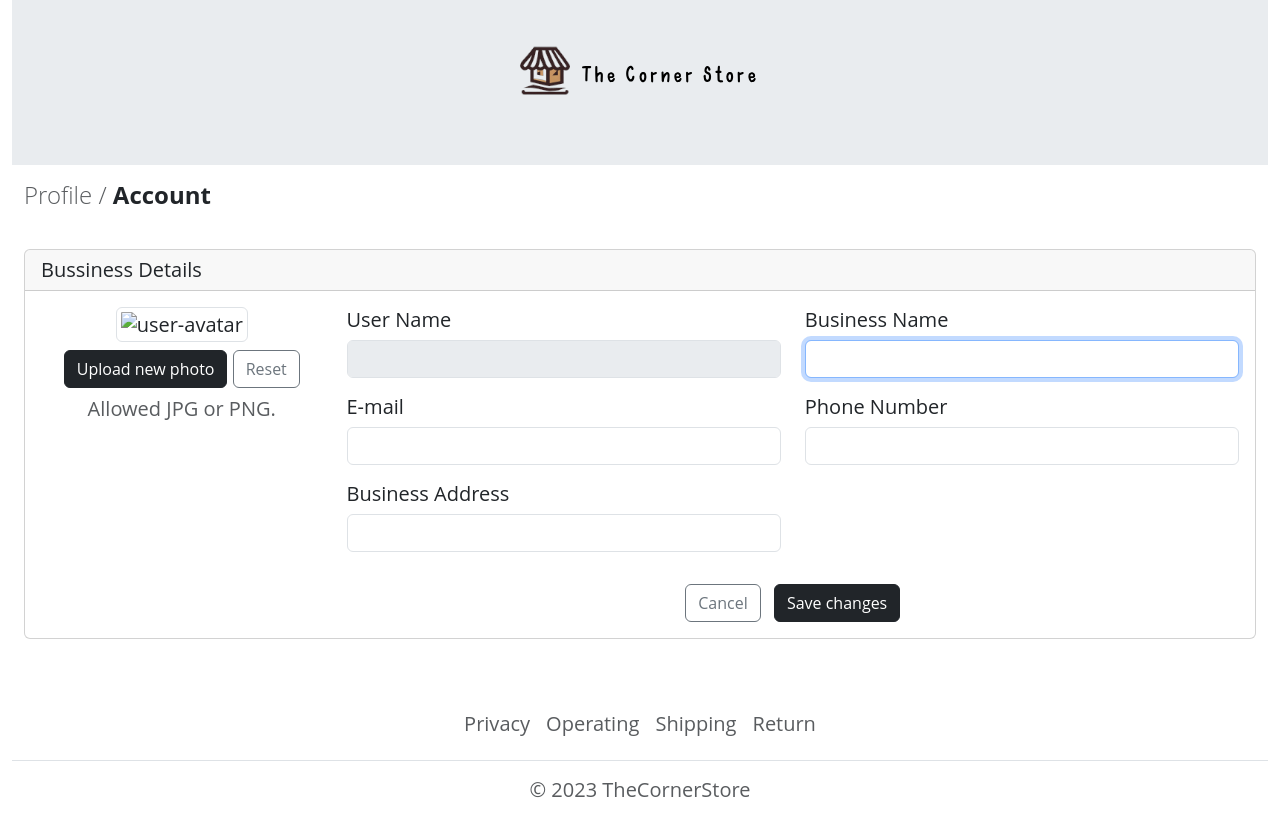
Repository: mintdunno/ass2-fullStack
Page: views/vendor-profile.ejs
The author's editor kept a copy of each file at every save. The page is drawn from the files as they stood at one save, then again after the next save.
The browser window is 1280 px wide. The pictures show the whole page.
The page is served by the project's Node server (index.js). Other server files are loaded and not shown. The template is opened directly, without the code that normally fills it, so the values that code supplies are empty.

Above is the page before, as saved 2023-09-24 10:34:37.

### views/vendor-profile.ejs
<!DOCTYPE html>
<html lang="en">

<head>
    <meta charset="UTF-8">
    <meta name="viewport" content="width=device-width, initial-scale=1.0">
    <title>Vender Page</title>
    <!-- Boostrap -->
    <link href="https://cdn.jsdelivr.net/npm/bootstrap@5.3.1/dist/css/bootstrap.min.css" rel="stylesheet"
        integrity="sha384-4bw+/aepP/YC94hEpVNVgiZdgIC5+VKNBQNGCHeKRQN+PtmoHDEXuppvnDJzQIu9" crossorigin="anonymous">
    <script defer src="https://cdn.jsdelivr.net/npm/bootstrap@5.3.1/dist/js/bootstrap.bundle.min.js"
        integrity="sha384-HwwvtgBNo3bZJJLYd8oVXjrBZt8cqVSpeBNS5n7C8IVInixGAoxmnlMuBnhbgrkm"
        crossorigin="anonymous"></script>
    <link rel="stylesheet" href="/css/vendor.css" />
</head>

<body>
    <!-- Header Section Is Here just for vender -->
    <div class="container-fluid">
        <header class="pb-4 bg-body-secondary">
            <div class="container-fluid d-flex flex-wrap justify-content-evenly gap-5">
                <div class="">
                    <!-- Logo is hear -->
                    <!-- Link back to vender page -->
                    <a href="/vendor/homepage/<%= vendor?.id %>"
                        class="d-flex align-items-center col-lg-4 mb-2 mb-lg-0 link-body-emphasis text-decoration-none">
                        <img loading="lazy" width="250px" src="/img/logo.svg" alt="Logo" />
                    </a>
                </div>
        </header>


        <div class="container-xxl flex-grow-1 container-p-y">
            <h4 class="fw-bold py-3 mb-4">
                <span class="text-muted fw-light">Profile /</span> Account
            </h4>
            <div class="row">
                <div class="col-md-12">
                    <div class="card mb-4">
                        <h5 class="card-header">Bussiness Details</h5>
                        <!-- Account -->
                        <div class="card-body">
                            <div class="row">
                                <!-- User avatar is here -->
                                <div class="col-md-3 text-center">
                                    <form id="formAccountSettings" method="POST"
                                        action="/vendor/profile/<%= vendor?.id %>" enctype="multipart/form-data"
                                        onsubmit="alert('Vendor Information Changed');">
                                        <img src="data:[embedded picture, 113 characters]"
                                            alt="user-avatar" class="img-thumbnail" id="uploadedAvatar">
                                        <label for="upload" class="btn btn-dark mt-2">
                                            <span class="d-none d-sm-block">Upload new photo</span>
                                            <i class="bx bx-upload d-block d-sm-none"></i>
                                            <input type="file" id="upload" class="account-file-input"
                                                name="profilePicture" hidden accept="image/png, image/jpeg">
                                        </label>
                                        <button type="button"
                                            class="btn btn-outline-secondary mt-2 account-image-reset">
                                            <i class="bx bx-reset d-block d-sm-none"></i>
                                            <span class="d-none d-sm-block">Reset</span>
                                        </button>
                                        <p class="text-muted mt-2">Allowed JPG or PNG.</p>
                                </div>
                                <div class="col-md-9">

                                    <div class=" row">
                                        <!-- Username -->
                                        <div class="mb-3 col-md-6">
                                            <label for="username" class="form-label">User Name</label>
                                            <input type="text" class="form-control" id="username" name="username"
                                                value="<%= vendor?.username %>" disabled>
                                        </div>
                                        <!-- Bussiness name -->
                                        <div class="mb-3 col-md-6">
                                            <label for="bName" class="form-label">Business Name</label>
                                            <input class="form-control" type="text" id="bName" name="bName"
                                                value="<%= vendor?.bName %>" autofocus="">
                                        </div>
                                        <!-- Vendor email -->
                                        <div class="mb-3 col-md-6">
                                            <label for="email" class="form-label">E-mail</label>
                                            <input class="form-control" type="email" id="email" name="email"
                                                value="<%= vendor?.email %>">
                                        </div>
                                        <!-- Vendor's phone -->
                                        <div class="mb-3 col-md-6">
                                            <label class="form-label" for="phoneNumber">Phone Number</label>
                                            <div class="input-group input-group-merge">
                                                <input type="number" id="phone" name="phone" class="form-control"
                                                    value="<%= vendor?.phone %>">
                                            </div>
                                        </div>
                                        <div class="mb-3 col-md-6">
                                            <label for="address" class="form-label">Business Address</label>
                                            <input type="text" class="form-control" id="address" name="address"
                                                value="<%= vendor?.address %>">
                                        </div>
                                    </div>
                                    <div class="text-center mt-3">
                                        <button type="reset" class="btn btn-outline-secondary me-2">Cancel</button>
                                        <button type="submit" class="btn btn-dark">Save changes</button>
                                    </div>
                                    </form>
                                </div>
                            </div>
                        </div>
                    </div>
                    <!-- /Account -->
                </div>
            </div>
        </div>
        <!-- Footer Section is hear -->
        <%- include('./partials/vendor-footer') %>
            <script>
                document.addEventListener("DOMContentLoaded", function () {
                    const uploadInput = document.getElementById("upload");
                    const uploadedAvatar = document.getElementById("uploadedAvatar");
                    const imageResetButton = document.querySelector(".account-image-reset");

                    // Add an event listener to the file input
                    uploadInput.addEventListener("change", function (e) {
                        const file = e.target.files[0];

                        if (file) {
                            // Create a FileReader to read the selected file
                            const reader = new FileReader();

                            reader.onload = function (e) {
                                // Update the image source with the selected file
                                uploadedAvatar.src = e.target.result;
                            };

                            // Read the file as a data URL
                            reader.readAsDataURL(file);
                        }
                    });

                    // Add an event listener to the reset button
                    imageResetButton.addEventListener("click", function () {
                        // Reset the image source to its original state (e.g., a default image)
                        uploadedAvatar.src = "path/to/default/image.png"; // Replace with the default image URL
                        // Clear the file input value to allow reselection of the same file
                        uploadInput.value = "";
                    });
                });
            </script>
</body>


</html>

### views/partials/vendor-footer.ejs
<!------------- Footer section is HERE --------------------->
<footer class="py-3 mt-4">
    <ul class="nav justify-content-center border-bottom pb-3 mb-3">
        <li class="nav-item"><a href="/vendor/<%= vendor._id %>/privacy"
                class="nav-link px-2 text-body-secondary">Privacy</a>
        </li>
        <li class="nav-item"><a href="/vendor/<%= vendor._id %>/operating"
                class="nav-link px-2 text-body-secondary">Operating
            </a>
        </li>
        <li class="nav-item"><a href="/vendor/<%= vendor._id %>/shipping"
                class="nav-link px-2 text-body-secondary">Shipping</a>
        </li>
        <li class="nav-item"><a href="/vendor/<%= vendor._id %>/return" class="nav-link px-2 text-body-secondary">Return
            </a></li>
    </ul>
    <p class="text-center text-body-secondary">© 2023 TheCornerStore</p>
</footer>
<!------------- Footer section ends HERE --------------------->
</div>

<script src="https://cdn.jsdelivr.net/npm/bootstrap@5.3.1/dist/js/bootstrap.bundle.min.js"
    integrity="sha384-HwwvtgBNo3bZJJLYd8oVXjrBZt8cqVSpeBNS5n7C8IVInixGAoxmnlMuBnhbgrkm"
    crossorigin="anonymous"></script>
</body>

</html>

### index.js
const express = require("express");
const app = express();
const port = 6900;
const fileUpload = require("express-fileupload");

// Routers
const vendorRoute = require("./routes/vendor");
const loginRoute = require("./routes/login");
const registerRouter = require("./routes/register");
const customerRouter = require("./routes/customer");
const shipperRouter = require("./routes/shipper");

app.set("view engine", "ejs");
app.use(express.static("public"));
app.use(fileUpload());
// Process Post form
app.use(express.urlencoded({ extended: true }));

// Route for login page. Users have to log in to use the website
// Login part section is here
app.use("/", loginRoute);
// Route for register page
app.use("/register", registerRouter);
// Vendor Route part
app.use("/vendor", vendorRoute);
//Customer Part
app.use("/customer", customerRouter);
//Shipper Part
app.use("/shipper", shipperRouter);


app.listen(port, () => {
  console.log(`Server started on port ${port}`);
});

### public/css/vendor.css
table {
    border: 1px solid #ccc;
    border-collapse: collapse;
    margin: 0;
    padding: 0;
    width: 100%;
}


table tr {
    border: 1px solid #ddd;
    padding: .35em;
}

table tr:nth-child(even) {
    background-color: #FFFFCC;
}

thead tr {
    background-color: #7532F9;
    color: white;
}

table tr,
table th,
table td {
    padding: .625em;
    text-align: center;
}

@media screen and (max-width: 600px) {
    table {
        border: 0;
    }

    table caption {
        font-size: 1.3em;
    }

    table thead {
        border: none;
        clip: rect(0 0 0 0);
        height: 1px;
        margin: -1px;
        overflow: hidden;
        padding: 0;
        position: absolute;
        width: 1px;
    }

    table tr {
        border-bottom: 3px solid #ddd;
        display: block;
        margin-bottom: .625em;
    }

    table td {
        border-bottom: 1px solid #ddd;
        display: block;
        font-size: .8em;
        text-align: right;
    }

    table td::before {
        content: attr(data-label);
        float: left;
        font-weight: bold;
        text-transform: uppercase;
    }

    table td:last-child {
        border-bottom: 0;
    }
}

body {
    font-family: "Open Sans", sans-serif;
    line-height: 1.25;
    font-size: 20px;
}

Loaded but not shown: public/img/logo.svg (1 lines, source omitted)

After the next save:
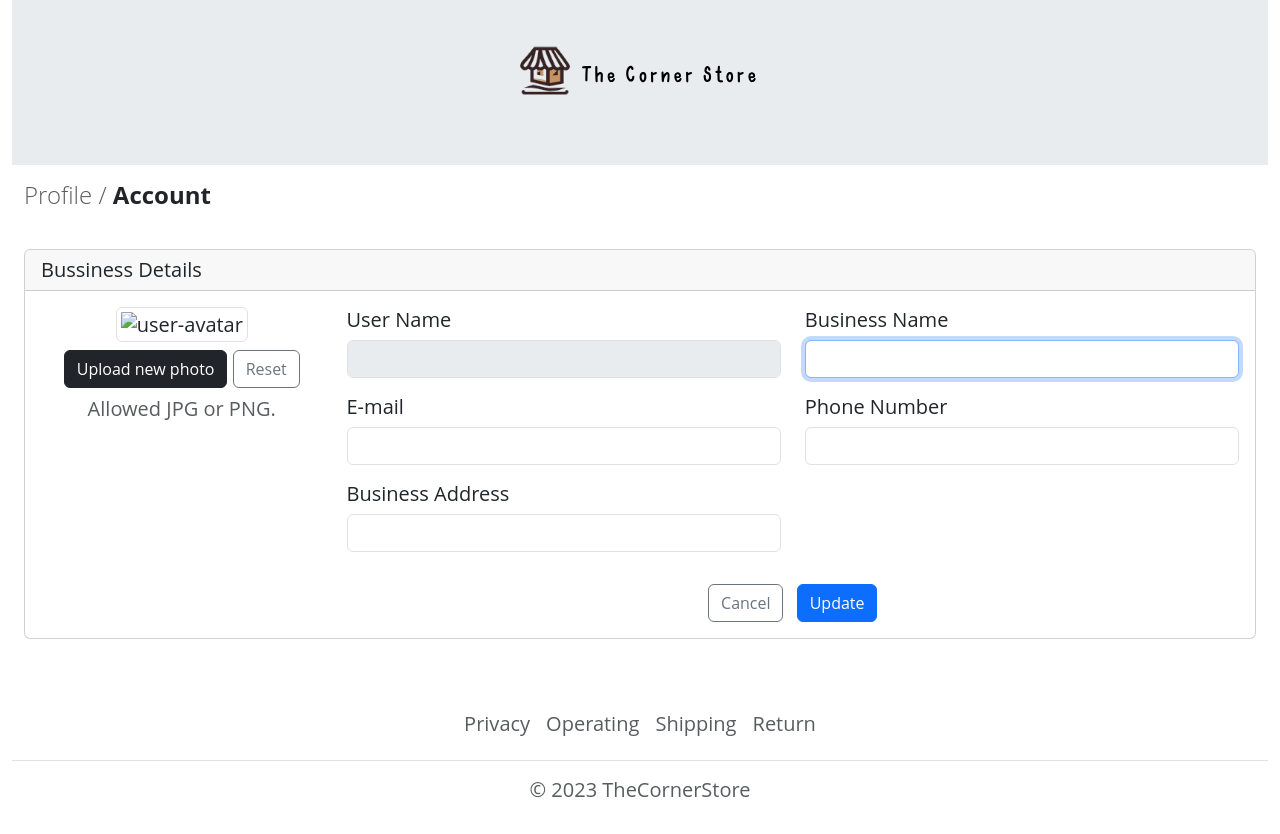
Saved 2 min 5 s later.
--- a/views/vendor-profile.ejs
+++ b/views/vendor-profile.ejs
@@ -98,7 +98,31 @@
                                     </div>
                                     <div class="text-center mt-3">
                                         <button type="reset" class="btn btn-outline-secondary me-2">Cancel</button>
-                                        <button type="submit" class="btn btn-dark">Save changes</button>
+                                        <button type="button" class="btn btn-primary" data-bs-toggle="modal"
+                                            data-bs-target="#exampleModal">
+                                            Update
+                                        </button>
+                                        <div class="modal fade" id="exampleModal" tabindex="-1"
+                                            aria-labelledby="exampleModalLabel" aria-hidden="true">
+                                            <div class="modal-dialog">
+                                                <div class="modal-content">
+                                                    <div class="modal-header">
+                                                        <h1 class="modal-title fs-5" id="exampleModalLabel">Update
+                                                            Product informtion:</h1>
+                                                        <button type="button" class="btn-close" data-bs-dismiss="modal"
+                                                            aria-label="Close"></button>
+                                                    </div>
+                                                    <div class="modal-body">
+                                                        Please make sure your Product information
+                                                    </div>
+                                                    <div class="modal-footer">
+                                                        <button type="button" class="btn btn-secondary"
+                                                            data-bs-dismiss="modal">Close</button>
+                                                        <button type="submit" class="btn btn-primary">Update</button>
+                                                    </div>
+                                                </div>
+                                            </div>
+                                        </div>
                                     </div>
                                     </form>
                                 </div>
